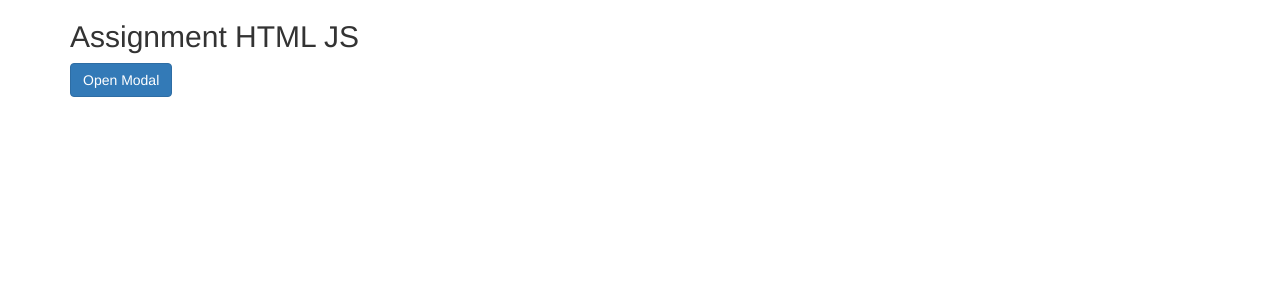
Repository: vaibhavkri/Trendnxt-Projects
Page: bootstrap/Bootstrap– L3 Assignment/Topic 7HTML JavaScript/Assignment1.html
An editor plug-in stored every save of this project. The page is shown before and after the next save, followed by the edit.
The browser window is 1280 px wide. The pictures show the whole page.

Above is the page before, as saved 2018-10-23 19:14:45.

### bootstrap/Bootstrap– L3 Assignment/Topic 7HTML JavaScript/Assignment1.html
<!DOCTYPE html>
<html lang="en">

<head>
    <title>Bootstrap Example</title>
    <meta charset="utf-8">
    <meta name="viewport" content="width=device-width, initial-scale=1, shring-to-fit=no">
    <link rel="stylesheet" href="https://maxcdn.bootstrapcdn.com/bootstrap/3.3.7/css/bootstrap.min.css">
    <script src="https://ajax.googleapis.com/ajax/libs/jquery/3.3.1/jquery.min.js"></script>
    <script src="https://maxcdn.bootstrapcdn.com/bootstrap/3.3.7/js/bootstrap.min.js"></script>


</head>

<body>

    <div class="container mt-3">
        <h2>Assignment HTML JS</h2>
        <!-- Trigger the modal with a button -->
        <button type="button" class="btn btn-primary" id="myBtn">Open Modal</button>
        <div class="modal fade" id="myModal">
            <div class="modal-dialog">
                <div class="modal-content">


                    <div class="modal-header">
                        <h4 class="modal-title">Name Attribute</h4>
                        <button type="button" class="close" data-dismiss="modal">×</button>
                    </div>

                    <div class="modal-body">Assignment of Modal</div>
                </div>


                <div class="modal-footer"> <button type="button" class="btn btn-default" data-dismiss="modal">Close</button>


                </div>
            </div>
        </div>





        <script>
            $(document).ready(function() {
                $("#myBtn").click(function() {
                    $("#myModal").modal();
                });
            });
        </script>

</body>


</html>

After the next save:
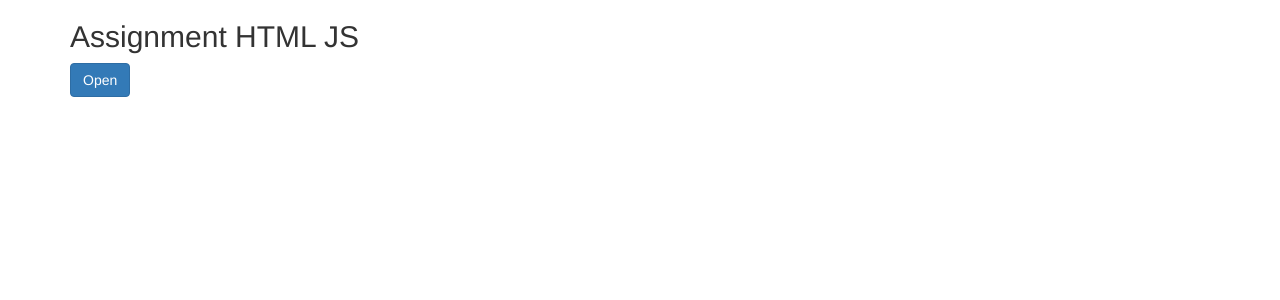
Saved 4 s later.
--- a/bootstrap/Bootstrap– L3 Assignment/Topic 7HTML JavaScript/Assignment1.html
+++ b/bootstrap/Bootstrap– L3 Assignment/Topic 7HTML JavaScript/Assignment1.html
@@ -17,7 +17,7 @@
     <div class="container mt-3">
         <h2>Assignment HTML JS</h2>
         <!-- Trigger the modal with a button -->
-        <button type="button" class="btn btn-primary" id="myBtn">Open Modal</button>
+        <button type="button" class="btn btn-primary" id="myBtn">Open</button>
         <div class="modal fade" id="myModal">
             <div class="modal-dialog">
                 <div class="modal-content">
